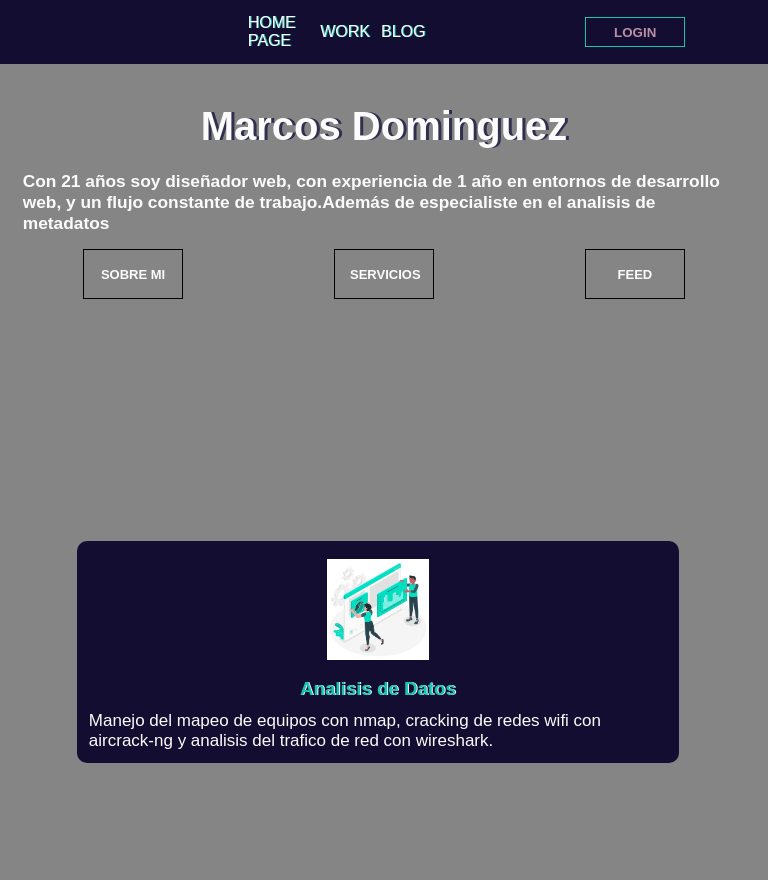
Repository: Sxcram02/Portfolio2
Page: http://localhost/
The author's editor kept a copy of each file at every save. The page is drawn from the files as they stood at one save, then again after the next save.
The browser window is 768 px wide. The pictures show the whole page.
Some web fonts or font styles are not loaded; a fallback is used. The page is run by PHP 8.4 with error messages shown; the project is at /var/www/html/.

Above is the page before, as saved 2023-05-14 17:50:23.

After the next save:
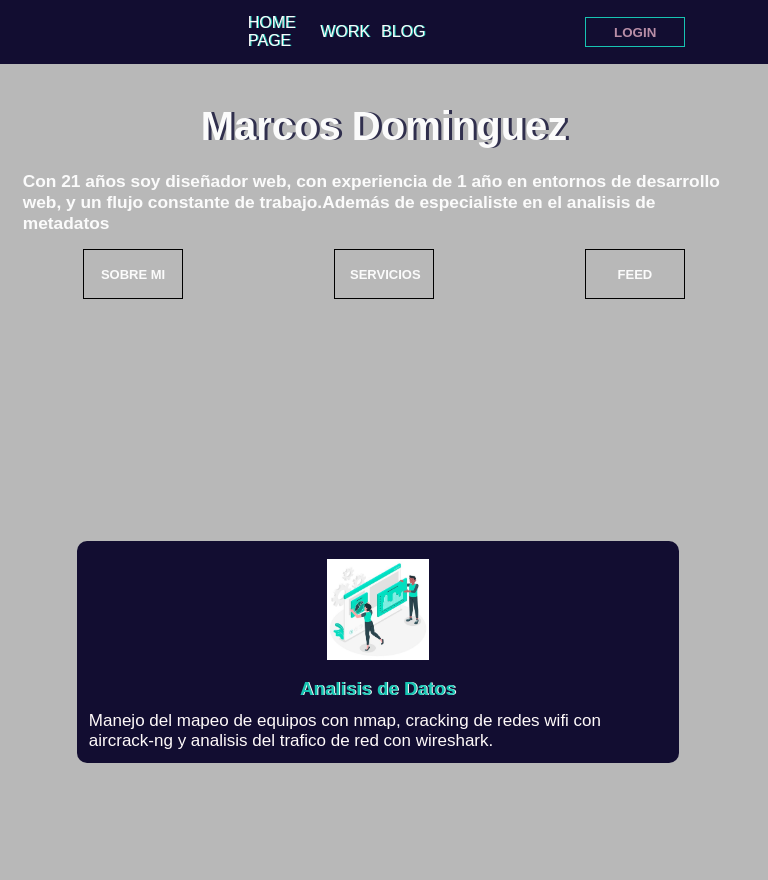
Saved 4 s later.
--- a/styles/index.css
+++ b/styles/index.css
@@ -178,7 +178,7 @@ body {
         display: flex;
         flex-direction: column;
         justify-content: space-around;
-        background-color: rgba(0, 0, 0, 0.479);
+        background-color: rgba(0, 0, 0, 0.279);
         color: #FBFBFB;
     }
 
